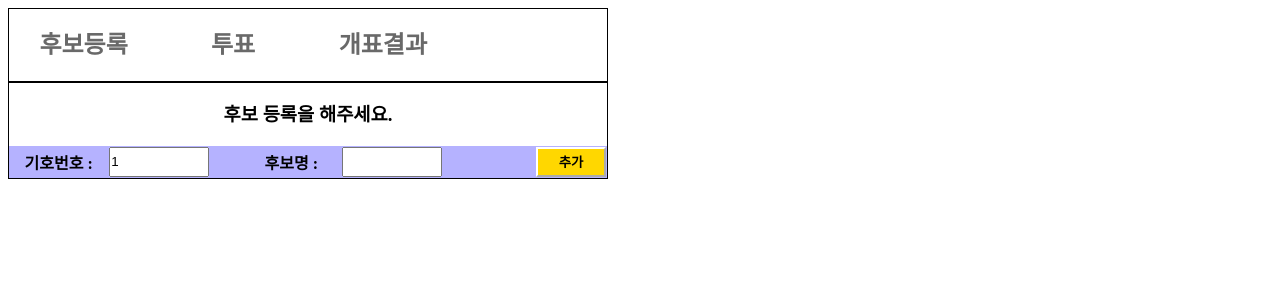
Repository: noheul1030/KOPO-HTML
Page: http://localhost/Tupyo/Tupyo/A_01.jsp
The author's editor kept a copy of each file at every save. The page is drawn from the files as they stood at one save, then again after the next save.
The browser window is 1280 px wide. The pictures show the whole page.
The page is served by Tomcat 9. Queries for data that is not in the repository find no rows.

Above is the page before, as saved 2023-06-03 15:43:23.

### Tupyo/src/main/webapp/Tupyo/A_01.jsp
<meta http-equiv="Content-Type" content="text/html; charset=utf-8" />

<%@ page language="java" contentType="text/html; charset=UTF-8" %>

<%@ page import="java.util.*" %> <!--java import-->
<%@ page import="java.io.*"%> <!--java import-->
<%@ page import="java.sql.*"%> <!--java import-->

<html>
    <head>
    	<style>
    		table {text-align: center; border: 1px solid black; width: 600px; border-collapse: collapse;}
    		a {text-decoration-line: none;  color: #696969;}
    		h2,h3 {margin-top: 15px; text-align: center;}
    		.fourth {
			  background: gold;
			  border-color: white;
			  color: black;
			  background-image: linear-gradient(45deg, yellow 50%, transparent 50%);
			  background-position: 100%;
			  background-size: 400%;
			  transition: background 300ms ease-in-out;
			}

			.fourth:hover {
			  background-position: 0;
			}
    	</style>
    </head>
    <body>
<%
   	// DB연동
        Class.forName("com.mysql.jdbc.Driver");
		//Connection conn = DriverManager.getConnection("jdbc:mysql://192.168.23.60:3307/kopo11","root","shdmf1030@");
		Connection conn = DriverManager.getConnection("jdbc:mysql://localhost:3306/noheul","root","shdmf1030@");
        Statement stmt = conn.createStatement();
		// 테이블 생성, 이름,학번,국어,영어,수학 점수 컬럼 생성
        stmt.execute("create table IF not exists TupyoDB("
        + "name varchar(20)," // 타입 char
        + "id int not null primary key) default charset = utf8;"); // 타입 int utf8로 작성 디폴트

        // ID칼럼의 전체 count 조회
		ResultSet total = stmt.executeQuery("select count(*) from TupyoDB where id;");
		int totalcnt = 0;
		while(total.next()){
			totalcnt = total.getInt(1);
		}

		// ID 최소값은 1
		int minID = 1;

		// ID칼럼의 count가 0일때(아직 아무 값도 안들어왔다는 뜻)
		if(totalcnt == 0){
			ResultSet idcount = stmt.executeQuery("select min(id) as minNum from TupyoDB where (id+1) not in (select id from TupyoDB);");

			while(idcount.next()){
				minID = idcount.getInt(1)+1;
			}
		}else{	// ID칼럼의 count가 0이 아닐때(값이 들어있다는 뜻)
			// ID칼럼의 전체 값 조회
			ResultSet idcount2 = stmt.executeQuery("select id from TupyoDB");

			while (idcount2.next()) {
			    int currentID = idcount2.getInt("id"); // 현재 가져온 id 값
				// ID최소값과 currentID의 값이 일치하면 순서대로 있는 ID값 이므로 통과
			    if (minID == currentID) {
			    	minID++; // 다음 기대하는 id 값으로 업데이트
			    } else { // 칼럼 순회 중간에 빠진 값을 찾았으므로 break;
			        break;
			    }
			}
		}

%>
	  	<table cellspacing="1">
    		<tr>
    			<td width = 25%><a align = center id="update" href="A_01.jsp" target="content"><h2>후보등록</h2></a></td>
    			<td width = 25%><a align = center id="vote" href="B_01_H.jsp" target="content"><h2>투표</h2></a></td>
    			<td width = 25%><a align = center id="result" href="C_01_H.jsp" target="content"><h2>개표결과</h2></a></td>
    			<td width = 25%></td>
    		</tr>
		</table>
		<form method = 'post'>
		<table cellspacing="1">
			<tr><td colspan="5"><h3 align=center>후보 등록을 해주세요.</h3></td></tr>
			<tr>
				<td bgcolor=#B5B2FF width=15% ><strong>기호번호 :</strong></td>

				<td bgcolor=#B5B2FF align=left width=20% ><input type='text' name='TupyoID' value='<%=minID%>'readonly style="width: 100px; height: 30px; padding: 0px;"></td>

				<td bgcolor=#B5B2FF width=15% ><strong>후보명 :</strong></td>

				<td bgcolor=#B5B2FF align=left width=20% ><input type='text' pattern="^[가-힣]+$" name="name" value='' title="한글만 입력하세요." required style="width: 100px; height: 30px; padding: 0px;"></td>

				<td bgcolor=#B5B2FF align=right width = 20%>
  				<input class="fourth" type="submit" value="추가" align=right style="width: 70px; height: 30px; padding: 0px;font-weight: bold;" formaction = 'A_03_H.jsp'></td>
			</tr>
		</table>
		</form>
    </body>
</html>

After the next save:
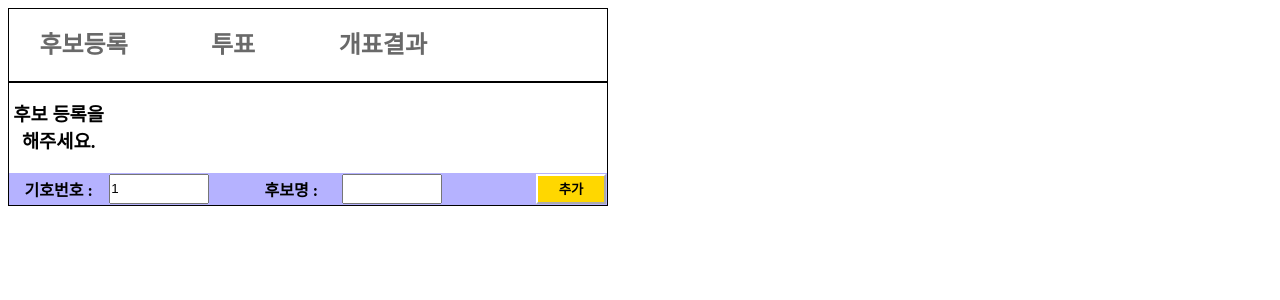
Saved 8 s later.
--- a/Tupyo/src/main/webapp/Tupyo/A_01.jsp
+++ b/Tupyo/src/main/webapp/Tupyo/A_01.jsp
@@ -82,7 +82,7 @@
 		</table>
 		<form method = 'post'>
 		<table cellspacing="1">
-			<tr><td colspan="5"><h3 align=center>후보 등록을 해주세요.</h3></td></tr>
+			<tr><td><h3 align=center>후보 등록을 해주세요.</h3></td></tr>
 			<tr>
 				<td bgcolor=#B5B2FF width=15% ><strong>기호번호 :</strong></td>
 
